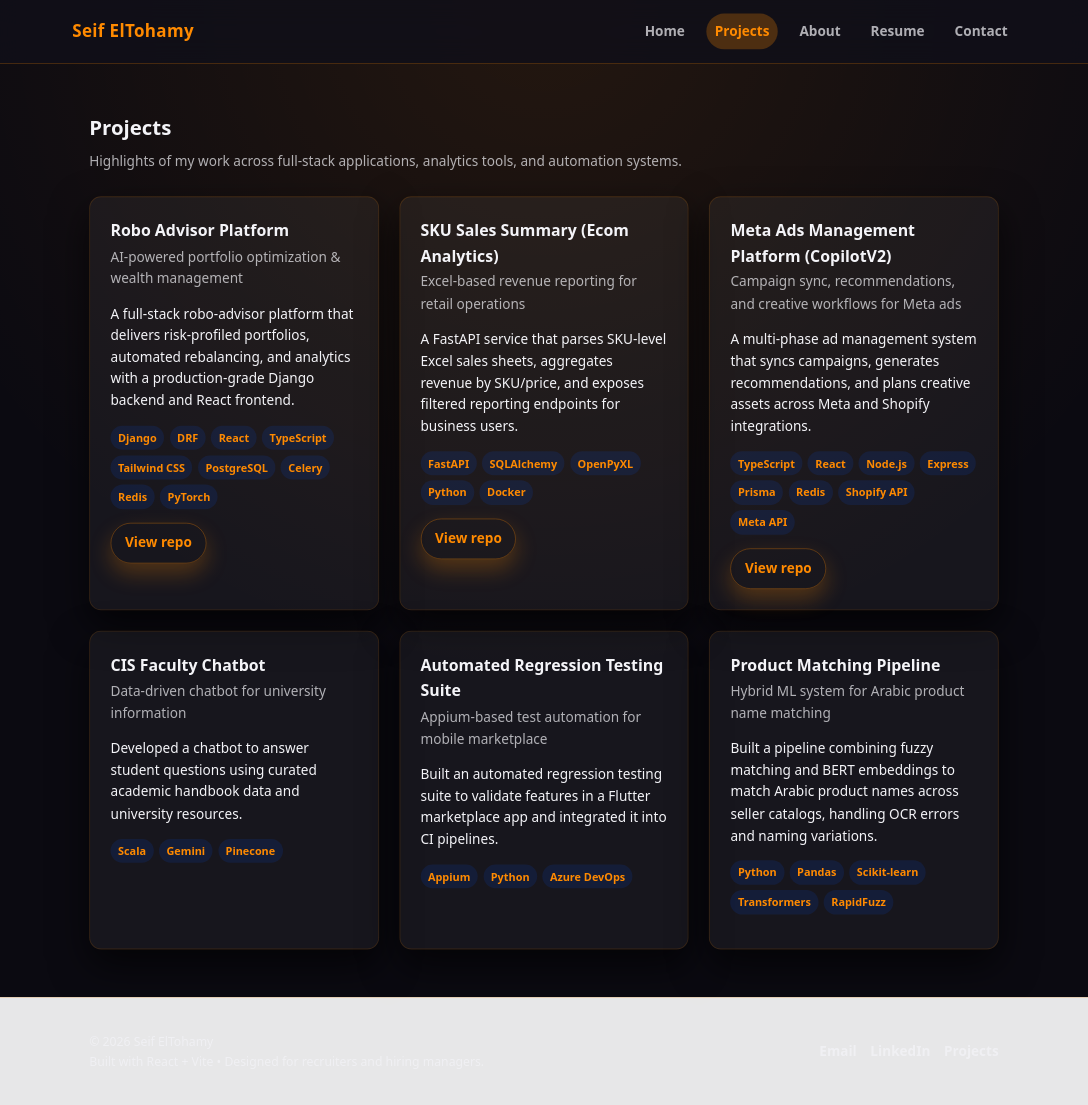
Repository: seifeldinamr99/seif-portfolio
Page: /projects (app in portfolio/)
The author's editor kept a copy of each file at every save. The page is drawn from the files as they stood at one save, then again after the next save.
The browser window is 1280 px wide. The pictures show the whole page, at 85% of full size.
The project was rebuilt for these pictures with package versions that can differ from the ones it lists, and the page was loaded fresh each time. Also part of the build but not shown: portfolio/vite.config.ts, portfolio/src/pages/HomePage.tsx, portfolio/src/pages/AboutPage.tsx, portfolio/src/pages/ResumePage.tsx, portfolio/src/pages/ContactPage.tsx.

Above is the page before, as saved 2026-03-08 15:19:00.

After the next save:
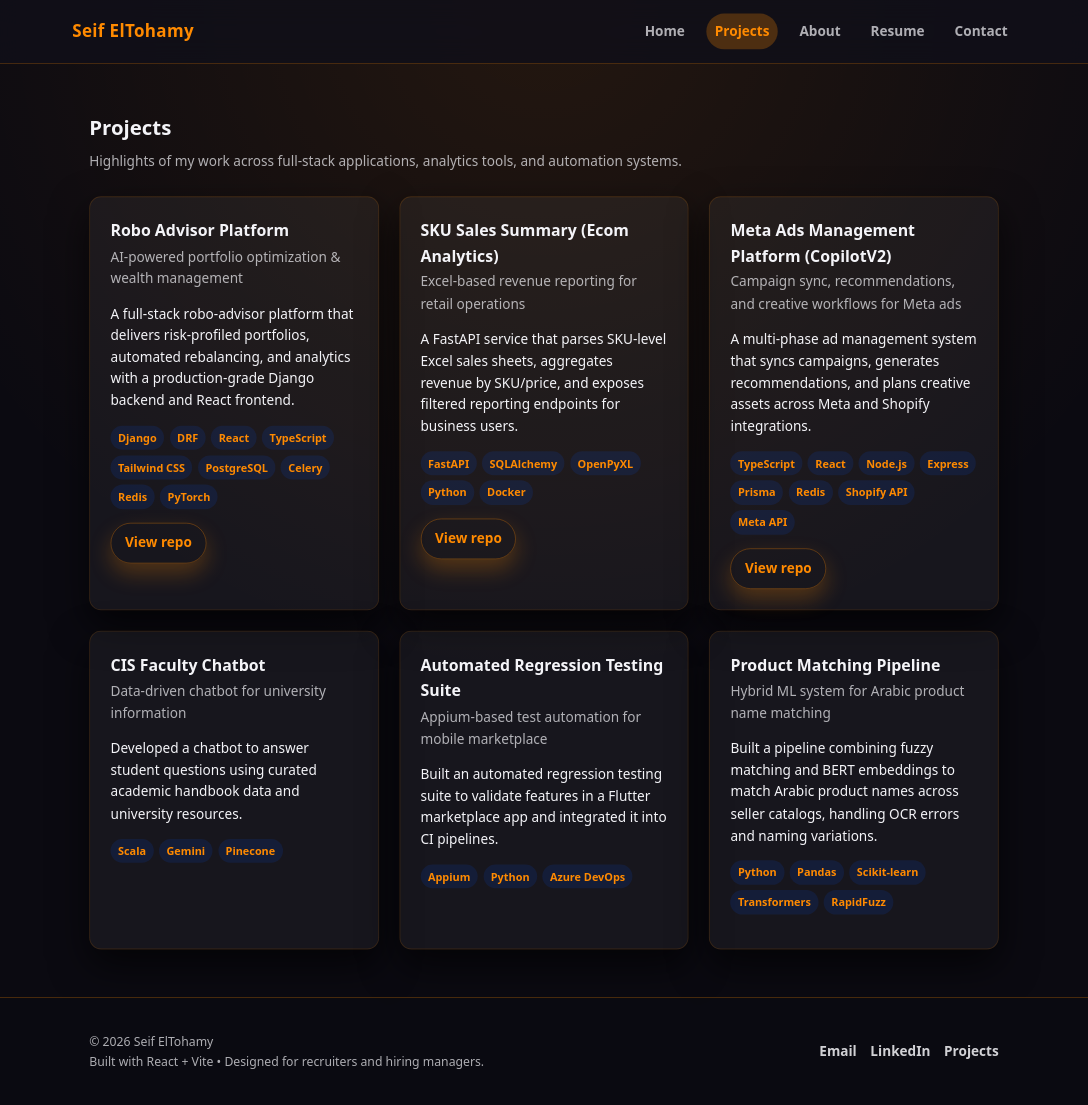
Saved 67 s later.
--- a/portfolio/src/App.css
+++ b/portfolio/src/App.css
@@ -339,9 +339,9 @@ a:hover {
 }
 
 .site-footer {
-  border-top: 1px solid var(--border);
+  border-top: 1px solid rgba(255, 138, 0, 0.25);
   padding: 2.5rem 0;
-  background: rgba(255, 255, 255, 0.9);
+  background: rgba(11, 10, 17, 0.9);
 }
 
 .footer-inner {
@@ -353,27 +353,19 @@ a:hover {
 }
 
 .footer-text {
+  margin: 0;
   color: rgba(244, 244, 248, 0.7);
+  font-size: 0.9rem;
+}
+
+.footer-links {
+  display: flex;
+  gap: 1rem;
+  flex-wrap: wrap;
 }
 
 .footer-links a {
-  color: rgba(244, 244, 248, 0.84);
-}
-
-.footer-text {
-  margin: 0;
-  color: var(--muted);
-  font-size: 0.9rem;
-}
-
-.footer-links {
-  display: flex;
-  gap: 1rem;
-  flex-wrap: wrap;
-}
-
-.footer-links a {
-  color: var(--muted);
+  color: rgba(244, 244, 248, 0.85);
   font-weight: 600;
 }
 
